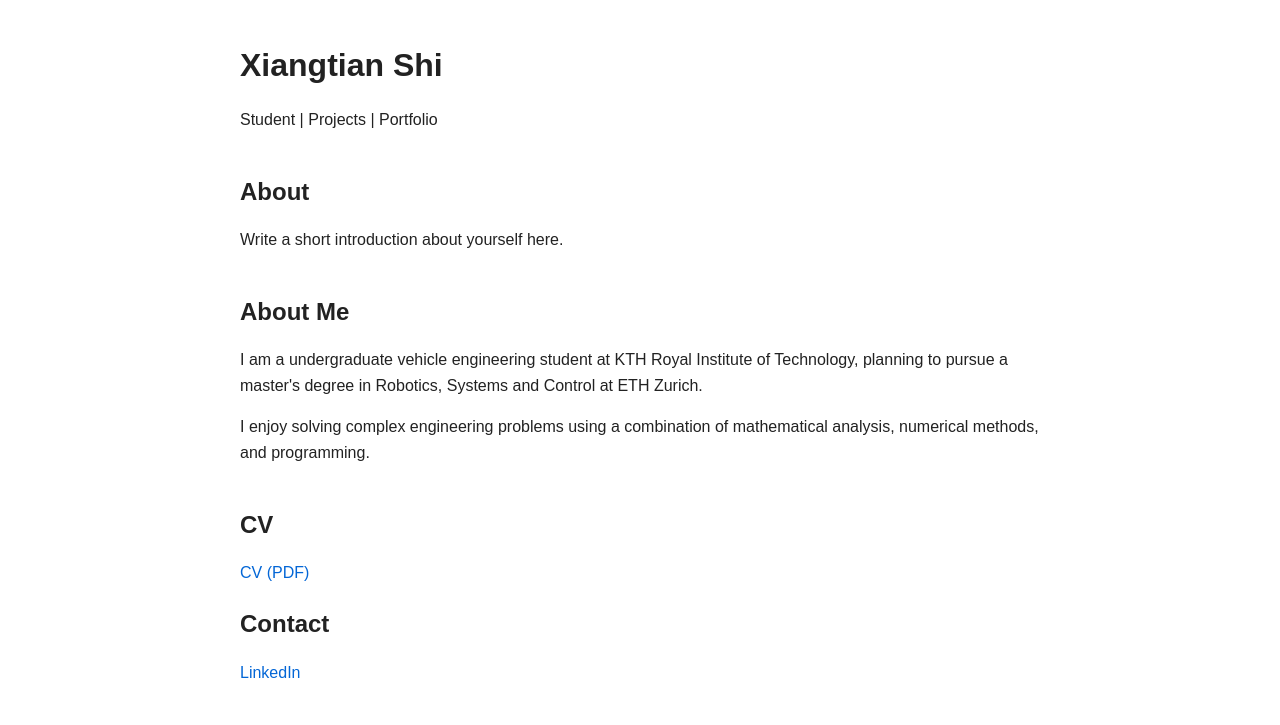
Repository: xitisch/xitisch.github.io
Page: index.html
These files come from the project's save history. The page is drawn as it stood at one moment and after the next save; the edit follows.
The browser window is 1280 px wide. The pictures show the whole page.

Above is the page before, as saved 2026-04-21 23:16:11.

### index.html
<!doctype html>
<html lang="en">
<head>
  <meta charset="UTF-8">
  <meta name="viewport" content="width=device-width, initial-scale=1.0">
  <title>Xiangtian Shi</title>
  <style>
    body {
      font-family: Arial, sans-serif;
      max-width: 800px;
      margin: 40px auto;
      padding: 0 20px;
      line-height: 1.6;
      color: #222;
    }
    h1, h2 { margin-bottom: 0.3em; }
    .section { margin-top: 40px; }
    a { color: #0366d6; text-decoration: none; }
    a:hover { text-decoration: underline; }
  </style>
</head>
<body>
  <h1>Xiangtian Shi</h1>
  <p>Student | Projects | Portfolio</p>

  <div class="section">
    <h2>About</h2>
    <p>Write a short introduction about yourself here.</p>
  </div>

  <div class="section">
    <h2>About Me</h2>
    <p>
      I am a undergraduate vehicle engineering student at KTH Royal Institute of Technology,
      planning to pursue a master's degree in Robotics, Systems and Control at ETH Zurich.
    <p>
    I enjoy solving complex engineering problems using a combination of
    mathematical analysis, numerical methods, and programming.
    </p>
  </div>
  <div class="section">
    <h2>CV</h2>
    <p>
      <a href="XiangtianShi_CV.pdf" target="_blank">CV (PDF)</a>
    </p>
    <h2>Contact</h2>
    <p>
      <a href="https://www.linkedin.com/in/xiangtian-shi-5ab47428b/">LinkedIn</a>
    </p>
  </div>
</body>
</html>

After the next save:
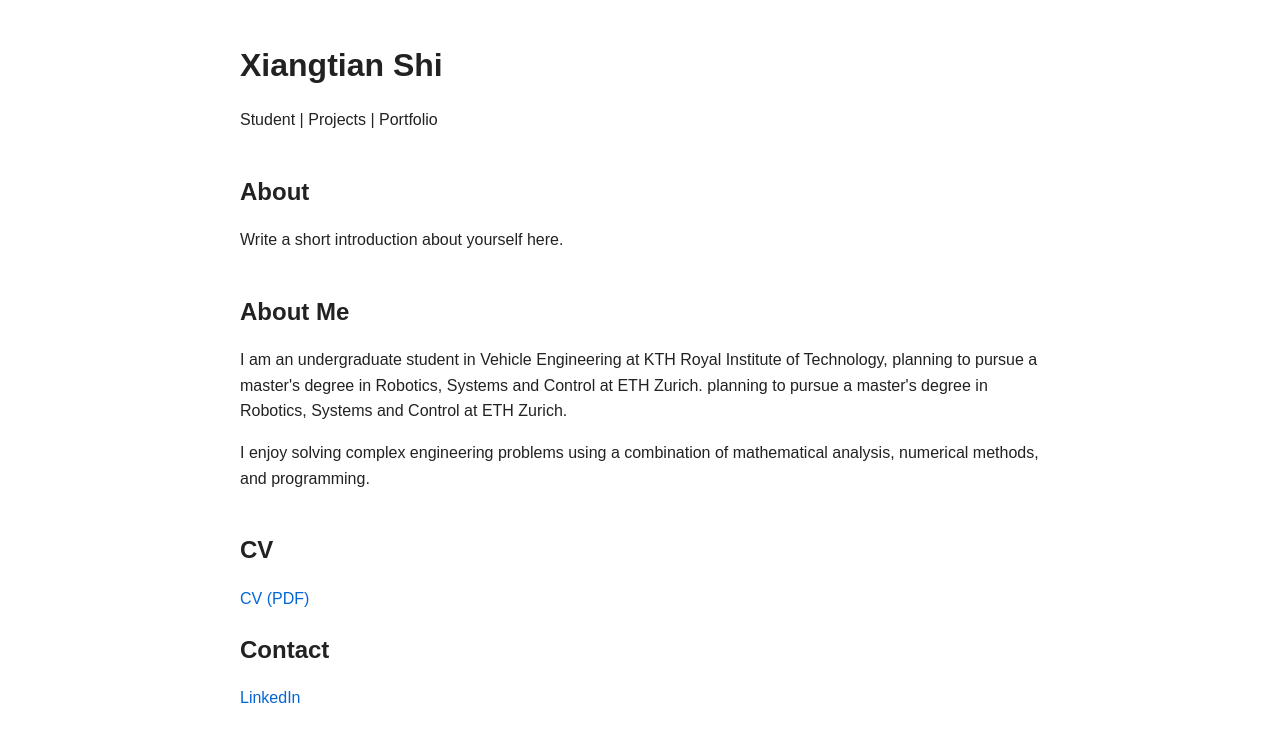
Saved 44 s later.
--- a/index.html
+++ b/index.html
@@ -31,7 +31,7 @@
   <div class="section">
     <h2>About Me</h2>
     <p>
-      I am a undergraduate vehicle engineering student at KTH Royal Institute of Technology,
+      I am an undergraduate student in Vehicle Engineering at KTH Royal Institute of Technology, planning to pursue a master's degree in Robotics, Systems and Control at ETH Zurich.
       planning to pursue a master's degree in Robotics, Systems and Control at ETH Zurich.
     <p>
     I enjoy solving complex engineering problems using a combination of
